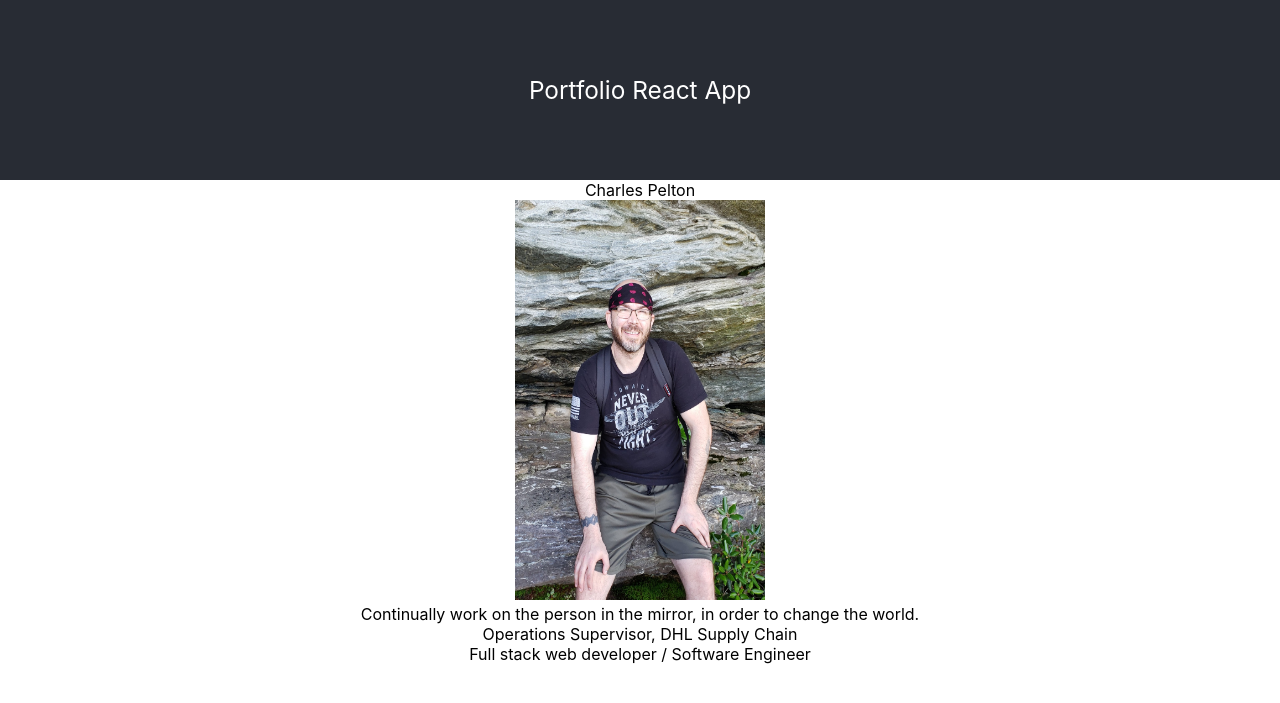
Repository: charliejp0311/PortfolioPage
Page: / (app in portfolio/)
These files come from the project's save history. The page is drawn as it stood at one moment and after the next save; the edit follows.
The browser window is 1280 px wide. The pictures show the whole page.
The project was rebuilt for these pictures with package versions that can differ from the ones it lists, and the page was loaded fresh each time.

Above is the page before, as saved 2020-12-03 19:25:40.

After the next save:
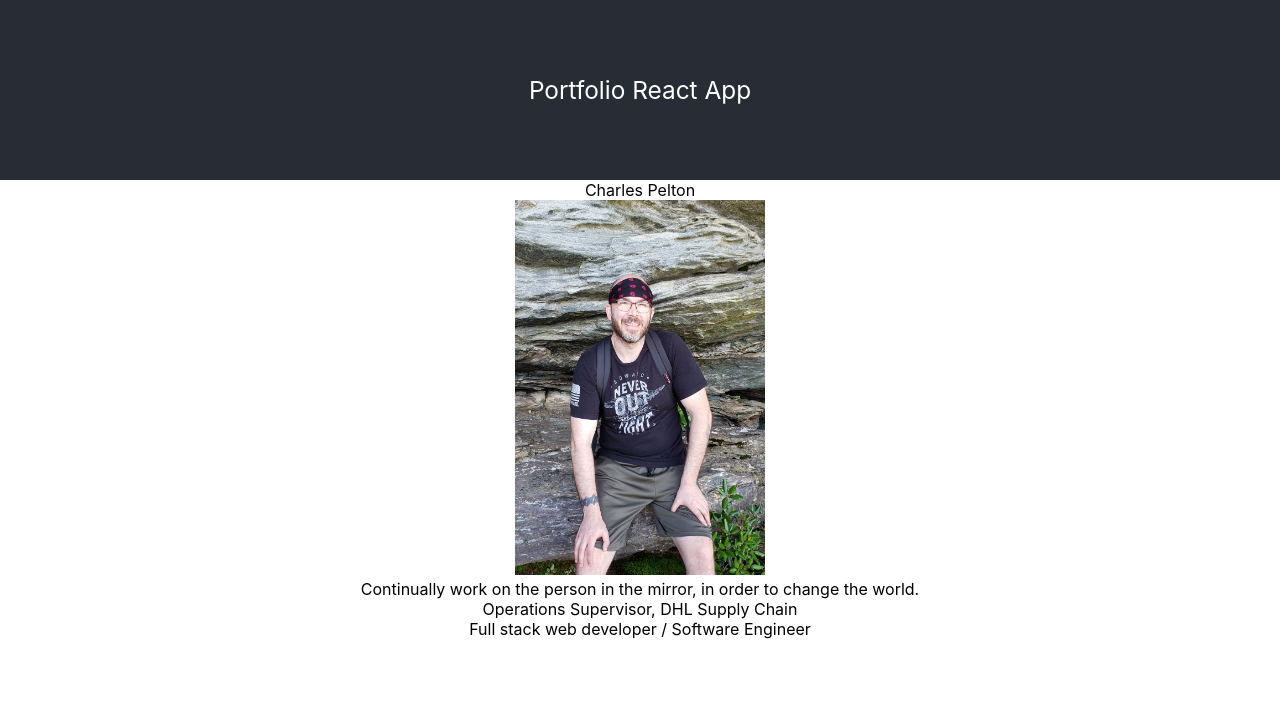
Saved 20 s later.
--- a/portfolio/src/components/me.js
+++ b/portfolio/src/components/me.js
@@ -12,7 +12,7 @@ class Me extends Component{
         return(
             <div id="me">
                 {this.state.name}<br />
-                <img src={portfolioPic} alt='Me' width='250' height='400' /><br />
+                <img src={portfolioPic} alt='Me' width='250' height='375' /><br />
                 {this.state.moto}<br />
                 {this.state.career}<br />
                 {this.state.aspiration}
